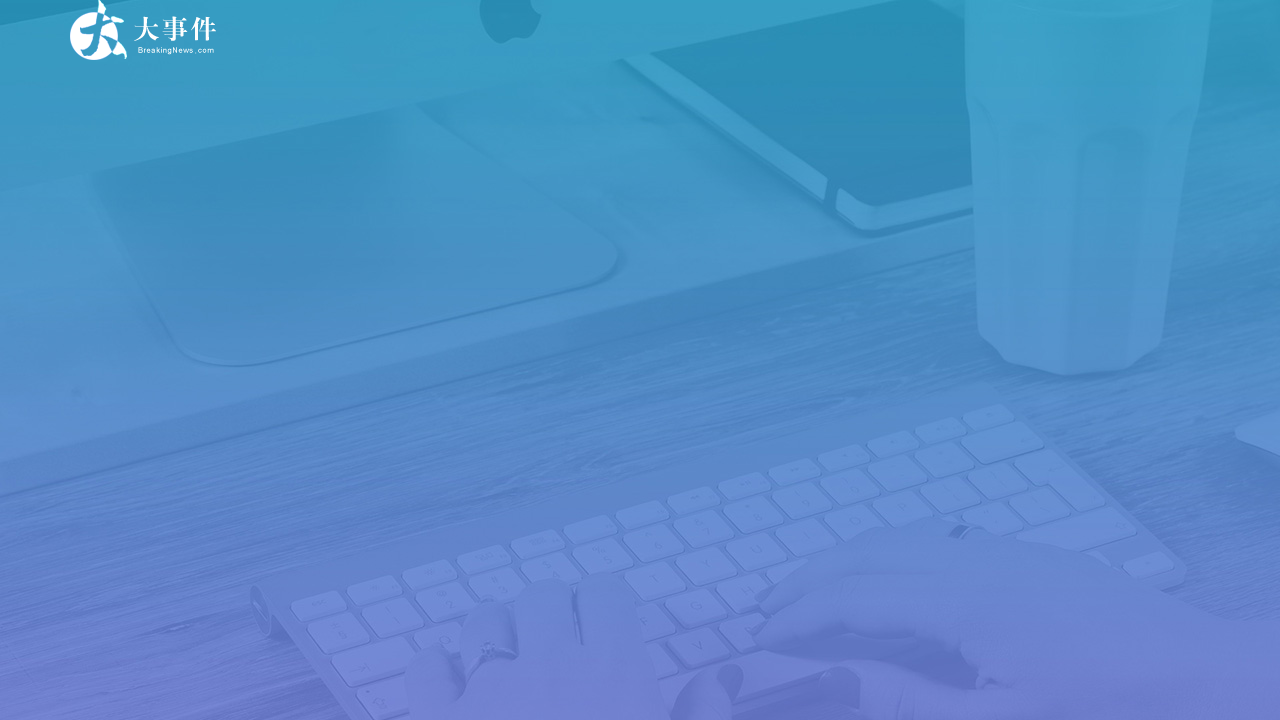
Repository: 1zhoukexin/web_aad
Page: login.html
The author's editor kept a copy of each file at every save. The page is drawn from the files as they stood at one save, then again after the next save.
The browser window is 1280 px wide. The pictures show the whole page.

Above is the page before, as saved 2021-04-16 13:06:53.

### login.html
<!DOCTYPE html>
<html lang="en">

<head>
    <meta charset="UTF-8">
    <meta http-equiv="X-UA-Compatible" content="IE=edge">
    <meta name="viewport" content="width=device-width, initial-scale=1.0">
    <title>大事件-登录/注册</title>
    <link rel="stylesheet" href="/assets/lib/layui/css/layui.css">
    <link rel="stylesheet" href="assets/css/login.css">
</head>

<body>
    <!-- 头部的logo区域 -->
    <div class="layui-main">
        <img src="/assets/images/logo.png" alt="">
    </div>
    <!-- 登录注册区域 -->
    <div class="loginAndRegbox"></div>
</body>

</html>

### assets/css/login.css
html,
body {
    margin: 0;
    padding: 0;
    width: 100%;
    height: 100%;
    background: url(/assets/images/login_bg.jpg) no-repeat center;
    background-size: cover;
}

Loaded but not shown: assets/lib/layui/css/layui.css (library)

After the next save:
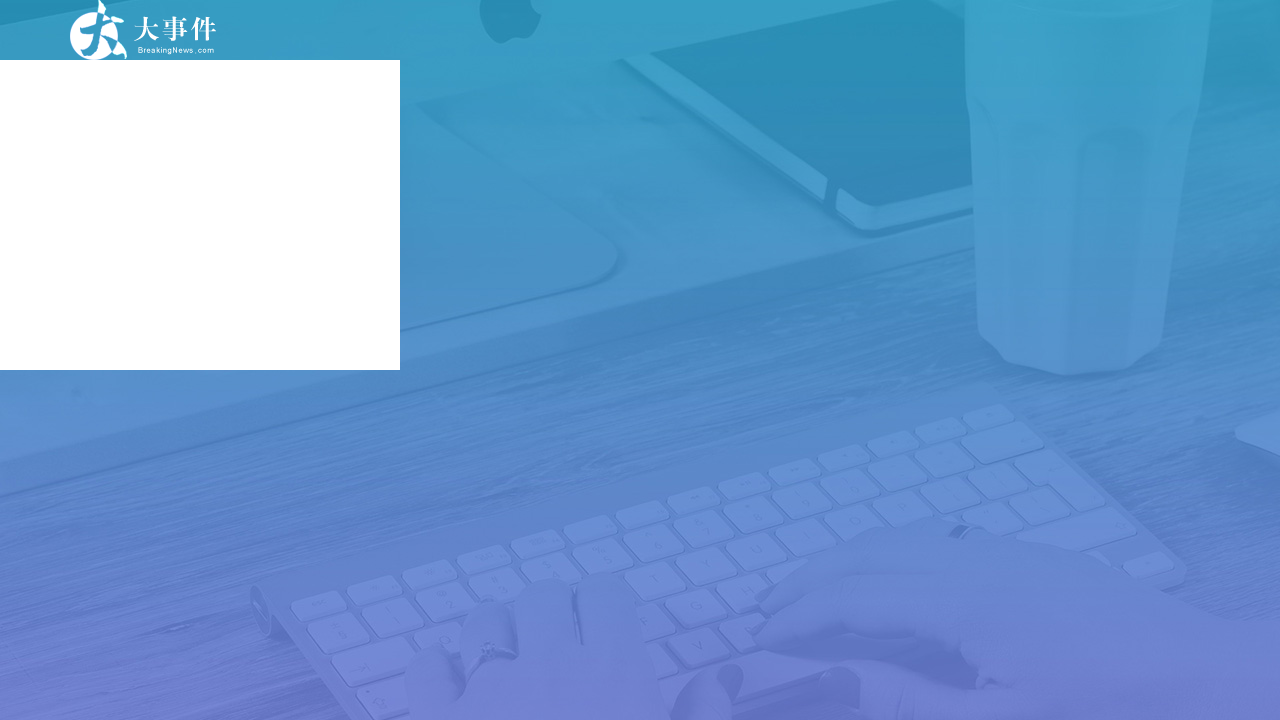
Saved 39 s later.
--- a/assets/css/login.css
+++ b/assets/css/login.css
@@ -7,3 +7,9 @@ body {
     background: url(/assets/images/login_bg.jpg) no-repeat center;
     background-size: cover;
 }
+
+.loginAndRegbox {
+    width: 400px;
+    height: 310px;
+    background-color: #fff;
+}
